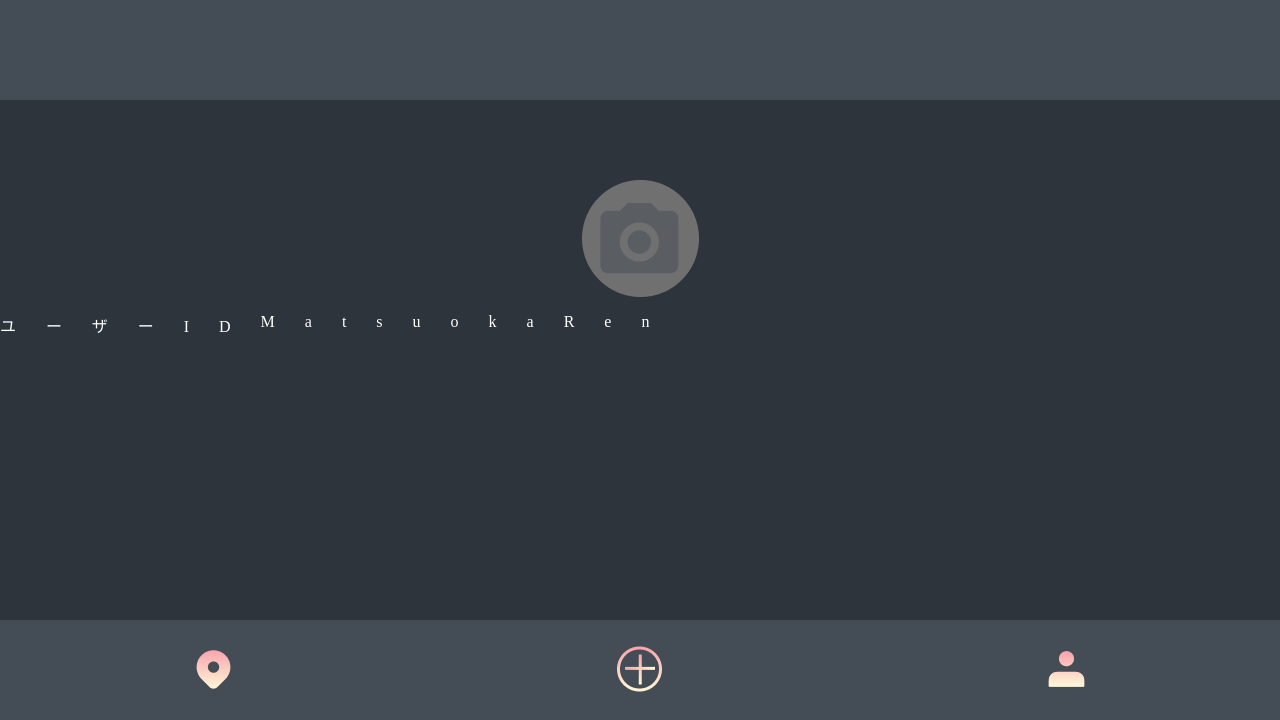
Repository: ren0714poo/respos
Page: edit.html
An editor plug-in stored every save of this project. The page is shown before and after the next save, followed by the edit.
The browser window is 1280 px wide. The pictures show the whole page.

Above is the page before, as saved 2025-07-17 13:52:41.

After the next save:
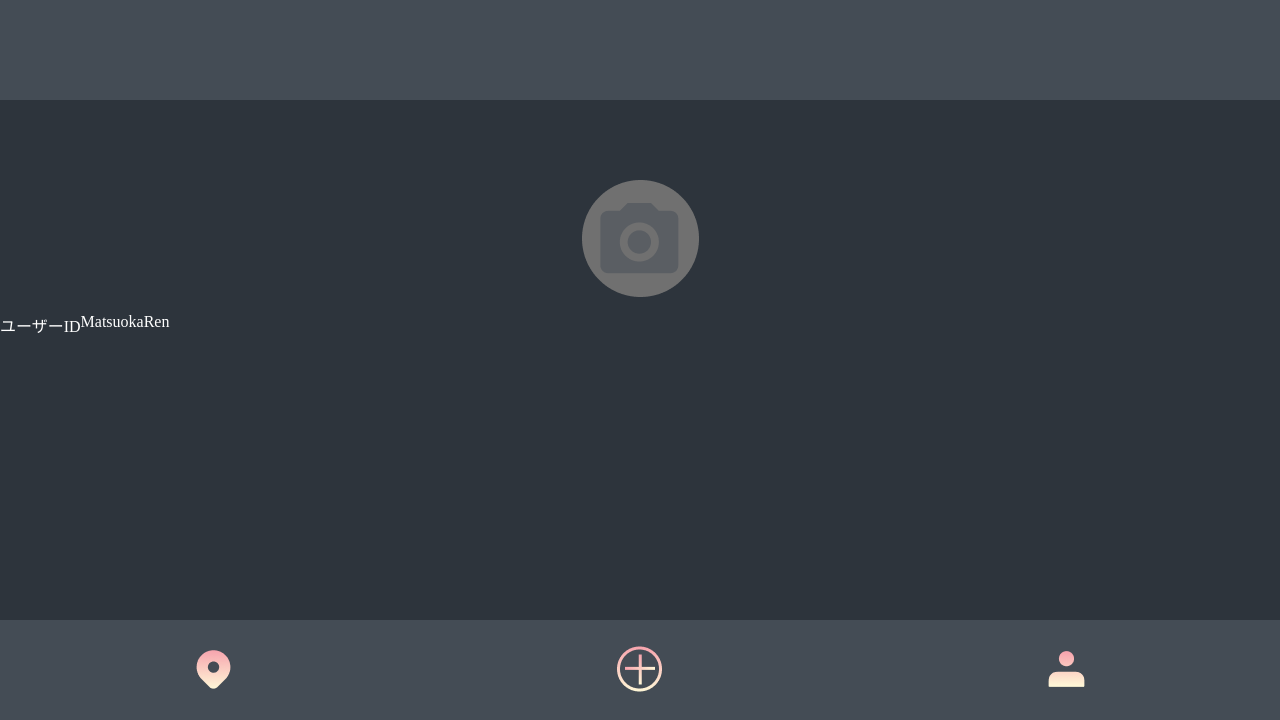
Saved 30 s later.
--- a/css/edit.css
+++ b/css/edit.css
@@ -39,7 +39,6 @@ main{
 
 .edit {
   display: flex;
-  letter-spacing: 30px;
 }
 
 .edit_img {
